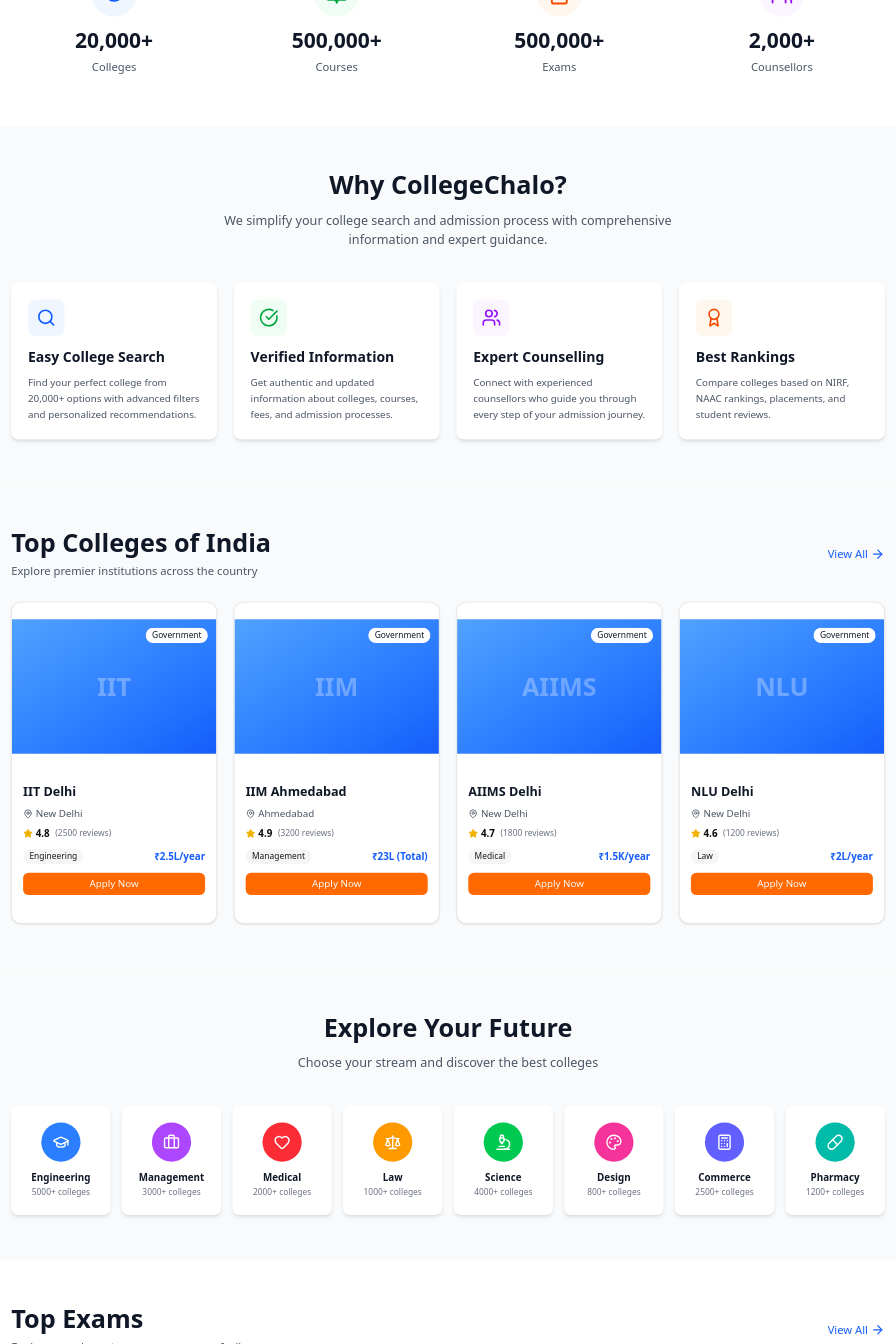
Repository: amirai0396/college
Page: /
These files come from the project's save history. The page is drawn as it stood at one moment and after the next save; the edit follows.
The browser window is 1280 px wide. The pictures show the part of the page from y = 644 to 2564 px (the page is 4020 px tall before and 4666 px after), at 70% of full size.
The page's requests for data from a server got no answer. The project was rebuilt for these pictures with package versions that can differ from the ones it lists, and the page was loaded fresh each time. The framework's server and built-in components were replaced by stand-ins that run in the browser. No one was signed in, and anything a server would have sent is missing. Also part of the build but not shown: next.config.ts.

Above is the page before, as saved 2026-01-13 00:03:47.

### src/app/layout.tsx
import type { Metadata } from "next";
import { Inter } from "next/font/google";
import "./globals.css";
import Header from "@/components/layout/Header";
import Footer from "@/components/layout/Footer";

const inter = Inter({
  subsets: ["latin"],
  variable: "--font-inter",
});

export const metadata: Metadata = {
  title: "CollegeChalo - Find Your Dream College | 20,000+ Colleges",
  description: "Because We Make Your Educational Journey Simple. Discover 20,000+ colleges, 500,000+ courses and exams. Get admission guidance and compare colleges.",
  keywords: ["colleges in India", "engineering colleges", "MBA colleges", "medical colleges", "college admission", "entrance exams"],
};

export default function RootLayout({
  children,
}: Readonly<{
  children: React.ReactNode;
}>) {
  return (
    <html lang="en">
      <body className={`${inter.variable} font-sans antialiased`}>
        <Header />
        <main className="min-h-screen">
          {children}
        </main>
        <Footer />
      </body>
    </html>
  );
}

### src/app/page.tsx
import HeroSection from '@/components/home/HeroSection';
import StatsSection from '@/components/home/StatsSection';
import WhyCollegeChaloSection from '@/components/home/WhyCollegeChaloSection';
import TopCollegesSection from '@/components/home/TopCollegesSection';
import ExploreStreamsSection from '@/components/home/ExploreStreamsSection';
import TopExamsSection from '@/components/home/TopExamsSection';
import TestimonialsSection from '@/components/home/TestimonialsSection';

export default function Home() {
  return (
    <div className="w-full">
      <HeroSection />
      <StatsSection />
      <WhyCollegeChaloSection />
      <TopCollegesSection />
      <ExploreStreamsSection />
      <TopExamsSection />
      <TestimonialsSection />
    </div>
  );
}

### src/components/home/HeroSection.tsx
'use client';

import { Search } from 'lucide-react';
import { Input } from '@/components/ui/input';
import { Button } from '@/components/ui/button';

export default function HeroSection() {
  return (
    <section className="relative bg-linear-to-r from-blue-600 to-blue-800 text-white py-20">
      <div className="container mx-auto px-4">
        <div className="max-w-4xl mx-auto text-center">
          <h1 className="text-4xl md:text-5xl lg:text-6xl font-bold mb-6">
            Find Your Dream College
          </h1>
          <p className="text-xl md:text-2xl mb-8 text-blue-100">
            Because We Make Your Educational Journey Simple
          </p>

          {/* Search Bar */}
          <div className="bg-white rounded-lg shadow-2xl p-2 flex flex-col md:flex-row gap-2">
            <div className="relative flex-1">
              <Search className="absolute left-3 top-1/2 -translate-y-1/2 text-gray-400" size={20} />
              <Input
                type="text"
                placeholder="Search colleges, courses, exams..."
                className="pl-10 border-0 focus-visible:ring-0 focus-visible:ring-offset-0 h-12 text-gray-900"
              />
            </div>
            <Button size="lg" className="bg-orange-500 hover:bg-orange-600 h-12 px-8">
              Search
            </Button>
          </div>

          {/* Quick Links */}
          <div className="mt-8 flex flex-wrap justify-center gap-4 text-sm">
            <span className="text-blue-200">Popular Searches:</span>
            <button className="px-4 py-1 bg-white/10 hover:bg-white/20 rounded-full transition-colors">
              Engineering Colleges
            </button>
            <button className="px-4 py-1 bg-white/10 hover:bg-white/20 rounded-full transition-colors">
              MBA Colleges
            </button>
            <button className="px-4 py-1 bg-white/10 hover:bg-white/20 rounded-full transition-colors">
              Medical Colleges
            </button>
            <button className="px-4 py-1 bg-white/10 hover:bg-white/20 rounded-full transition-colors">
              CAT Exam
            </button>
          </div>
        </div>
      </div>
    </section>
  );
}

### src/components/home/StatsSection.tsx
'use client';

import { GraduationCap, BookOpen, FileText, Users } from 'lucide-react';

export default function StatsSection() {
  const stats = [
    {
      icon: GraduationCap,
      count: '20,000+',
      label: 'Colleges',
      color: 'text-blue-600',
      bgColor: 'bg-blue-50',
    },
    {
      icon: BookOpen,
      count: '500,000+',
      label: 'Courses',
      color: 'text-green-600',
      bgColor: 'bg-green-50',
    },
    {
      icon: FileText,
      count: '500,000+',
      label: 'Exams',
      color: 'text-orange-600',
      bgColor: 'bg-orange-50',
    },
    {
      icon: Users,
      count: '2,000+',
      label: 'Counsellors',
      color: 'text-purple-600',
      bgColor: 'bg-purple-50',
    },
  ];

  return (
    <section className="py-12 bg-white">
      <div className="container mx-auto px-4">
        <div className="grid grid-cols-2 md:grid-cols-4 gap-6">
          {stats.map((stat, index) => {
            const Icon = stat.icon;
            return (
              <div
                key={index}
                className="text-center p-6 rounded-lg hover:shadow-lg transition-shadow"
              >
                <div className={`inline-flex p-4 rounded-full ${stat.bgColor} mb-4`}>
                  <Icon className={stat.color} size={32} />
                </div>
                <h3 className="text-3xl font-bold text-gray-900 mb-2">{stat.count}</h3>
                <p className="text-gray-600">{stat.label}</p>
              </div>
            );
          })}
        </div>
      </div>
    </section>
  );
}

### src/components/home/WhyCollegeChaloSection.tsx
'use client';

import { CheckCircle, Search, Users, Award } from 'lucide-react';

export default function WhyCollegeChaloSection() {
  const features = [
    {
      icon: Search,
      title: 'Easy College Search',
      description: 'Find your perfect college from 20,000+ options with advanced filters and personalized recommendations.',
      color: 'text-blue-600',
      bgColor: 'bg-blue-50',
    },
    {
      icon: CheckCircle,
      title: 'Verified Information',
      description: 'Get authentic and updated information about colleges, courses, fees, and admission processes.',
      color: 'text-green-600',
      bgColor: 'bg-green-50',
    },
    {
      icon: Users,
      title: 'Expert Counselling',
      description: 'Connect with experienced counsellors who guide you through every step of your admission journey.',
      color: 'text-purple-600',
      bgColor: 'bg-purple-50',
    },
    {
      icon: Award,
      title: 'Best Rankings',
      description: 'Compare colleges based on NIRF, NAAC rankings, placements, and student reviews.',
      color: 'text-orange-600',
      bgColor: 'bg-orange-50',
    },
  ];

  return (
    <section className="py-16 bg-gray-50">
      <div className="container mx-auto px-4">
        <div className="text-center mb-12">
          <h2 className="text-3xl md:text-4xl font-bold text-gray-900 mb-4">
            Why CollegeChalo?
          </h2>
          <p className="text-gray-600 text-lg max-w-2xl mx-auto">
            We simplify your college search and admission process with comprehensive information and expert guidance.
          </p>
        </div>

        <div className="grid grid-cols-1 md:grid-cols-2 lg:grid-cols-4 gap-6">
          {features.map((feature, index) => {
            const Icon = feature.icon;
            return (
              <div
                key={index}
                className="bg-white p-6 rounded-lg shadow-md hover:shadow-xl transition-shadow"
              >
                <div className={`inline-flex p-3 rounded-lg ${feature.bgColor} mb-4`}>
                  <Icon className={feature.color} size={28} />
                </div>
                <h3 className="text-xl font-semibold text-gray-900 mb-3">
                  {feature.title}
                </h3>
                <p className="text-gray-600 text-sm leading-relaxed">
                  {feature.description}
                </p>
              </div>
            );
          })}
        </div>
      </div>
    </section>
  );
}

### src/components/home/ExploreStreamsSection.tsx
'use client';

import Link from 'next/link';
import { GraduationCap, Briefcase, Heart, Scale, Microscope, Palette, Calculator, Pill } from 'lucide-react';

export default function ExploreStreamsSection() {
  const streams = [
    { id: 'engineering', name: 'Engineering', icon: GraduationCap, count: '5000+', color: 'bg-blue-500' },
    { id: 'management', name: 'Management', icon: Briefcase, count: '3000+', color: 'bg-purple-500' },
    { id: 'medical', name: 'Medical', icon: Heart, count: '2000+', color: 'bg-red-500' },
    { id: 'law', name: 'Law', icon: Scale, count: '1000+', color: 'bg-amber-500' },
    { id: 'science', name: 'Science', icon: Microscope, count: '4000+', color: 'bg-green-500' },
    { id: 'design', name: 'Design', icon: Palette, count: '800+', color: 'bg-pink-500' },
    { id: 'commerce', name: 'Commerce', icon: Calculator, count: '2500+', color: 'bg-indigo-500' },
    { id: 'pharmacy', name: 'Pharmacy', icon: Pill, count: '1200+', color: 'bg-teal-500' },
  ];

  return (
    <section className="py-16 bg-gray-50">
      <div className="container mx-auto px-4">
        <div className="text-center mb-12">
          <h2 className="text-3xl md:text-4xl font-bold text-gray-900 mb-4">
            Explore Your Future
          </h2>
          <p className="text-gray-600 text-lg">
            Choose your stream and discover the best colleges
          </p>
        </div>

        <div className="grid grid-cols-2 md:grid-cols-4 lg:grid-cols-8 gap-4">
          {streams.map((stream) => {
            const Icon = stream.icon;
            return (
              <Link
                key={stream.id}
                href={`/colleges/stream/${stream.id}`}
                className="group"
              >
                <div className="flex flex-col items-center p-6 bg-white rounded-lg shadow-md hover:shadow-xl transition-all cursor-pointer">
                  <div className={`${stream.color} p-4 rounded-full mb-3 group-hover:scale-110 transition-transform`}>
                    <Icon size={24} className="text-white" />
                  </div>
                  <h3 className="text-sm font-semibold text-gray-900 text-center mb-1">
                    {stream.name}
                  </h3>
                  <p className="text-xs text-gray-500">{stream.count} colleges</p>
                </div>
              </Link>
            );
          })}
        </div>
      </div>
    </section>
  );
}

### src/components/ui/button.tsx
import * as React from "react"
import { Slot } from "@radix-ui/react-slot"
import { cva, type VariantProps } from "class-variance-authority"

import { cn } from "@/lib/utils"

const buttonVariants = cva(
  "inline-flex items-center justify-center gap-2 whitespace-nowrap rounded-md text-sm font-medium transition-all disabled:pointer-events-none disabled:opacity-50 [&_svg]:pointer-events-none [&_svg:not([class*='size-'])]:size-4 shrink-0 [&_svg]:shrink-0 outline-none focus-visible:border-ring focus-visible:ring-ring/50 focus-visible:ring-[3px] aria-invalid:ring-destructive/20 dark:aria-invalid:ring-destructive/40 aria-invalid:border-destructive",
  {
    variants: {
      variant: {
        default: "bg-primary text-primary-foreground hover:bg-primary/90",
        destructive:
          "bg-destructive text-white hover:bg-destructive/90 focus-visible:ring-destructive/20 dark:focus-visible:ring-destructive/40 dark:bg-destructive/60",
        outline:
          "border bg-background shadow-xs hover:bg-accent hover:text-accent-foreground dark:bg-input/30 dark:border-input dark:hover:bg-input/50",
        secondary:
          "bg-secondary text-secondary-foreground hover:bg-secondary/80",
        ghost:
          "hover:bg-accent hover:text-accent-foreground dark:hover:bg-accent/50",
        link: "text-primary underline-offset-4 hover:underline",
      },
      size: {
        default: "h-9 px-4 py-2 has-[>svg]:px-3",
        sm: "h-8 rounded-md gap-1.5 px-3 has-[>svg]:px-2.5",
        lg: "h-10 rounded-md px-6 has-[>svg]:px-4",
        icon: "size-9",
        "icon-sm": "size-8",
        "icon-lg": "size-10",
      },
    },
    defaultVariants: {
      variant: "default",
      size: "default",
    },
  }
)

function Button({
  className,
  variant = "default",
  size = "default",
  asChild = false,
  ...props
}: React.ComponentProps<"button"> &
  VariantProps<typeof buttonVariants> & {
    asChild?: boolean
  }) {
  const Comp = asChild ? Slot : "button"

  return (
    <Comp
      data-slot="button"
      data-variant={variant}
      data-size={size}
      className={cn(buttonVariants({ variant, size, className }))}
      {...props}
    />
  )
}

export { Button, buttonVariants }

### src/components/ui/input.tsx
import * as React from "react"

import { cn } from "@/lib/utils"

function Input({ className, type, ...props }: React.ComponentProps<"input">) {
  return (
    <input
      type={type}
      data-slot="input"
      className={cn(
        "file:text-foreground placeholder:text-muted-foreground selection:bg-primary selection:text-primary-foreground dark:bg-input/30 border-input h-9 w-full min-w-0 rounded-md border bg-transparent px-3 py-1 text-base shadow-xs transition-[color,box-shadow] outline-none file:inline-flex file:h-7 file:border-0 file:bg-transparent file:text-sm file:font-medium disabled:pointer-events-none disabled:cursor-not-allowed disabled:opacity-50 md:text-sm",
        "focus-visible:border-ring focus-visible:ring-ring/50 focus-visible:ring-[3px]",
        "aria-invalid:ring-destructive/20 dark:aria-invalid:ring-destructive/40 aria-invalid:border-destructive",
        className
      )}
      {...props}
    />
  )
}

export { Input }

### src/lib/constants/routes.ts
export const ROUTES = {
  HOME: '/',

  // Colleges
  COLLEGES: '/colleges',
  COLLEGE_DETAIL: (slug: string) => `/colleges/${slug}`,
  COLLEGES_BY_STREAM: (stream: string) => `/colleges/stream/${stream}`,
  COLLEGES_BY_COURSE: (course: string) => `/colleges/course/${course}`,
  COLLEGES_BY_CITY: (city: string) => `/college-in-${city.toLowerCase()}`,
  COLLEGE_COMPARE: '/colleges/compare',

  // Exams
  EXAMS: '/exams',
  EXAM_DETAIL: (slug: string) => `/exam/${slug}`,

  // Courses
  COURSES: '/courses',
  COURSE_DETAIL: (slug: string) => `/course/${slug}`,

  // News
  NEWS: '/news',
  NEWS_DETAIL: (slug: string) => `/news-panel/${slug}`,
  NEWS_BY_CATEGORY: (category: string) => `/news/category/${category}`,

  // Other Pages
  ABOUT: '/about-us',
  CONTACT: '/contact-us',
  APPLY: '/common-application-form',
  REVIEW: '/college-review',
  CAMPUS_AMBASSADOR: '/campus-ambassador',
} as const;

export const API_ENDPOINTS = {
  // Colleges
  COLLEGES: '/colleges',
  COLLEGE_BY_SLUG: (slug: string) => `/colleges/${slug}`,
  TOP_COLLEGES: '/colleges/top',
  COLLEGES_BY_STREAM: (stream: string) => `/colleges/stream/${stream}`,
  COLLEGES_BY_CITY: (city: string) => `/colleges/city/${city}`,

  // Exams
  EXAMS: '/exams',
  EXAM_BY_SLUG: (slug: string) => `/exams/${slug}`,
  TOP_EXAMS: '/exams/top',

  // Courses
  COURSES: '/courses',
  COURSE_BY_SLUG: (slug: string) => `/courses/${slug}`,

  // News
  NEWS: '/news',
  NEWS_BY_SLUG: (slug: string) => `/news/${slug}`,
  NEWS_BY_CATEGORY: (category: string) => `/news/category/${category}`,

  // Search
  SEARCH: '/search',

  // Reviews
  REVIEWS: '/reviews',
  REVIEW_BY_COLLEGE: (collegeId: string) => `/reviews/college/${collegeId}`,

  // Application
  APPLY: '/applications',
} as const;

### src/lib/constants/config.ts
export const SITE_CONFIG = {
  name: 'CollegeChalo',
  description: 'Because We Make Your Educational Journey Simple',
  url: process.env.NEXT_PUBLIC_SITE_URL || 'https://collegechalo.com',
  apiUrl: process.env.NEXT_PUBLIC_API_URL || 'http://localhost:8080/api',
  cdnUrl: process.env.NEXT_PUBLIC_CDN_URL || '',

  contact: {
    email: 'info@collegechalo.com',
    phone: '+91-XXXXXXXXXX',
  },

  social: {
    facebook: 'https://facebook.com/collegechalo',
    twitter: 'https://twitter.com/collegechalo',
    instagram: 'https://instagram.com/collegechalo',
    linkedin: 'https://linkedin.com/company/collegechalo',
    youtube: 'https://youtube.com/@collegechalo',
  },
} as const;

export const STREAMS = [
  { id: 'engineering', name: 'Engineering', icon: '⚙️' },
  { id: 'management', name: 'Management', icon: '💼' },
  { id: 'medical', name: 'Medical', icon: '⚕️' },
  { id: 'law', name: 'Law', icon: '⚖️' },
  { id: 'science', name: 'Science', icon: '🔬' },
  { id: 'arts', name: 'Arts', icon: '🎨' },
  { id: 'commerce', name: 'Commerce', icon: '💰' },
  { id: 'design', name: 'Design', icon: '✏️' },
  { id: 'pharmacy', name: 'Pharmacy', icon: '💊' },
  { id: 'agriculture', name: 'Agriculture', icon: '🌾' },
] as const;

export const TOP_EXAMS = [
  { name: 'CAT', category: 'Management' },
  { name: 'GATE', category: 'Engineering' },
  { name: 'JEE Main', category: 'Engineering' },
  { name: 'JEE Advanced', category: 'Engineering' },
  { name: 'NEET', category: 'Medical' },
  { name: 'CLAT', category: 'Law' },
  { name: 'UPSC', category: 'Civil Services' },
  { name: 'XAT', category: 'Management' },
  { name: 'NMAT', category: 'Management' },
  { name: 'MAT', category: 'Management' },
] as const;

export const STATES = [
  'Andhra Pradesh', 'Arunachal Pradesh', 'Assam', 'Bihar', 'Chhattisgarh',
  'Goa', 'Gujarat', 'Haryana', 'Himachal Pradesh', 'Jharkhand',
  'Karnataka', 'Kerala', 'Madhya Pradesh', 'Maharashtra', 'Manipur',
  'Meghalaya', 'Mizoram', 'Nagaland', 'Odisha', 'Punjab',
  'Rajasthan', 'Sikkim', 'Tamil Nadu', 'Telangana', 'Tripura',
  'Uttar Pradesh', 'Uttarakhand', 'West Bengal',
  'Delhi', 'Jammu and Kashmir', 'Ladakh', 'Puducherry',
] as const;

export const PAGINATION = {
  DEFAULT_PAGE_SIZE: 20,
  MAX_PAGE_SIZE: 100,
} as const;

export const SEO = {
  DEFAULT_TITLE: 'CollegeChalo - Find Your Dream College',
  TITLE_TEMPLATE: '%s | CollegeChalo',
  DEFAULT_DESCRIPTION: 'Discover 20,000+ colleges, 500,000+ courses and exams. Get admission guidance, compare colleges, and make informed decisions about your educational journey.',
  DEFAULT_KEYWORDS: ['colleges in India', 'engineering colleges', 'MBA colleges', 'medical colleges', 'college admission', 'entrance exams', 'career guidance'],
} as const;

### src/components/ui/card.tsx
import * as React from "react"

import { cn } from "@/lib/utils"

function Card({ className, ...props }: React.ComponentProps<"div">) {
  return (
    <div
      data-slot="card"
      className={cn(
        "bg-card text-card-foreground flex flex-col gap-6 rounded-xl border py-6 shadow-sm",
        className
      )}
      {...props}
    />
  )
}

function CardHeader({ className, ...props }: React.ComponentProps<"div">) {
  return (
    <div
      data-slot="card-header"
      className={cn(
        "@container/card-header grid auto-rows-min grid-rows-[auto_auto] items-start gap-2 px-6 has-data-[slot=card-action]:grid-cols-[1fr_auto] [.border-b]:pb-6",
        className
      )}
      {...props}
    />
  )
}

function CardTitle({ className, ...props }: React.ComponentProps<"div">) {
  return (
    <div
      data-slot="card-title"
      className={cn("leading-none font-semibold", className)}
      {...props}
    />
  )
}

function CardDescription({ className, ...props }: React.ComponentProps<"div">) {
  return (
    <div
      data-slot="card-description"
      className={cn("text-muted-foreground text-sm", className)}
      {...props}
    />
  )
}

function CardAction({ className, ...props }: React.ComponentProps<"div">) {
  return (
    <div
      data-slot="card-action"
      className={cn(
        "col-start-2 row-span-2 row-start-1 self-start justify-self-end",
        className
      )}
      {...props}
    />
  )
}

function CardContent({ className, ...props }: React.ComponentProps<"div">) {
  return (
    <div
      data-slot="card-content"
      className={cn("px-6", className)}
      {...props}
    />
  )
}

function CardFooter({ className, ...props }: React.ComponentProps<"div">) {
  return (
    <div
      data-slot="card-footer"
      className={cn("flex items-center px-6 [.border-t]:pt-6", className)}
      {...props}
    />
  )
}

export {
  Card,
  CardHeader,
  CardFooter,
  CardTitle,
  CardAction,
  CardDescription,
  CardContent,
}

### src/components/ui/badge.tsx
import * as React from "react"
import { Slot } from "@radix-ui/react-slot"
import { cva, type VariantProps } from "class-variance-authority"

import { cn } from "@/lib/utils"

const badgeVariants = cva(
  "inline-flex items-center justify-center rounded-full border px-2 py-0.5 text-xs font-medium w-fit whitespace-nowrap shrink-0 [&>svg]:size-3 gap-1 [&>svg]:pointer-events-none focus-visible:border-ring focus-visible:ring-ring/50 focus-visible:ring-[3px] aria-invalid:ring-destructive/20 dark:aria-invalid:ring-destructive/40 aria-invalid:border-destructive transition-[color,box-shadow] overflow-hidden",
  {
    variants: {
      variant: {
        default:
          "border-transparent bg-primary text-primary-foreground [a&]:hover:bg-primary/90",
        secondary:
          "border-transparent bg-secondary text-secondary-foreground [a&]:hover:bg-secondary/90",
        destructive:
          "border-transparent bg-destructive text-white [a&]:hover:bg-destructive/90 focus-visible:ring-destructive/20 dark:focus-visible:ring-destructive/40 dark:bg-destructive/60",
        outline:
          "text-foreground [a&]:hover:bg-accent [a&]:hover:text-accent-foreground",
      },
    },
    defaultVariants: {
      variant: "default",
    },
  }
)

function Badge({
  className,
  variant,
  asChild = false,
  ...props
}: React.ComponentProps<"span"> &
  VariantProps<typeof badgeVariants> & { asChild?: boolean }) {
  const Comp = asChild ? Slot : "span"

  return (
    <Comp
      data-slot="badge"
      className={cn(badgeVariants({ variant }), className)}
      {...props}
    />
  )
}

export { Badge, badgeVariants }

Loaded but not shown: src/app/globals.css (common file); src/lib/utils.ts (common file); src/components/layout/Header.tsx (171 lines, source omitted); src/components/layout/Footer.tsx (150 lines, source omitted); src/components/home/TopCollegesSection.tsx (122 lines, source omitted); src/components/home/NewsSection.tsx (91 lines, source omitted); src/components/home/TopExamsSection.tsx (62 lines, source omitted); src/components/home/TestimonialsSection.tsx (76 lines, source omitted)

After the next save:
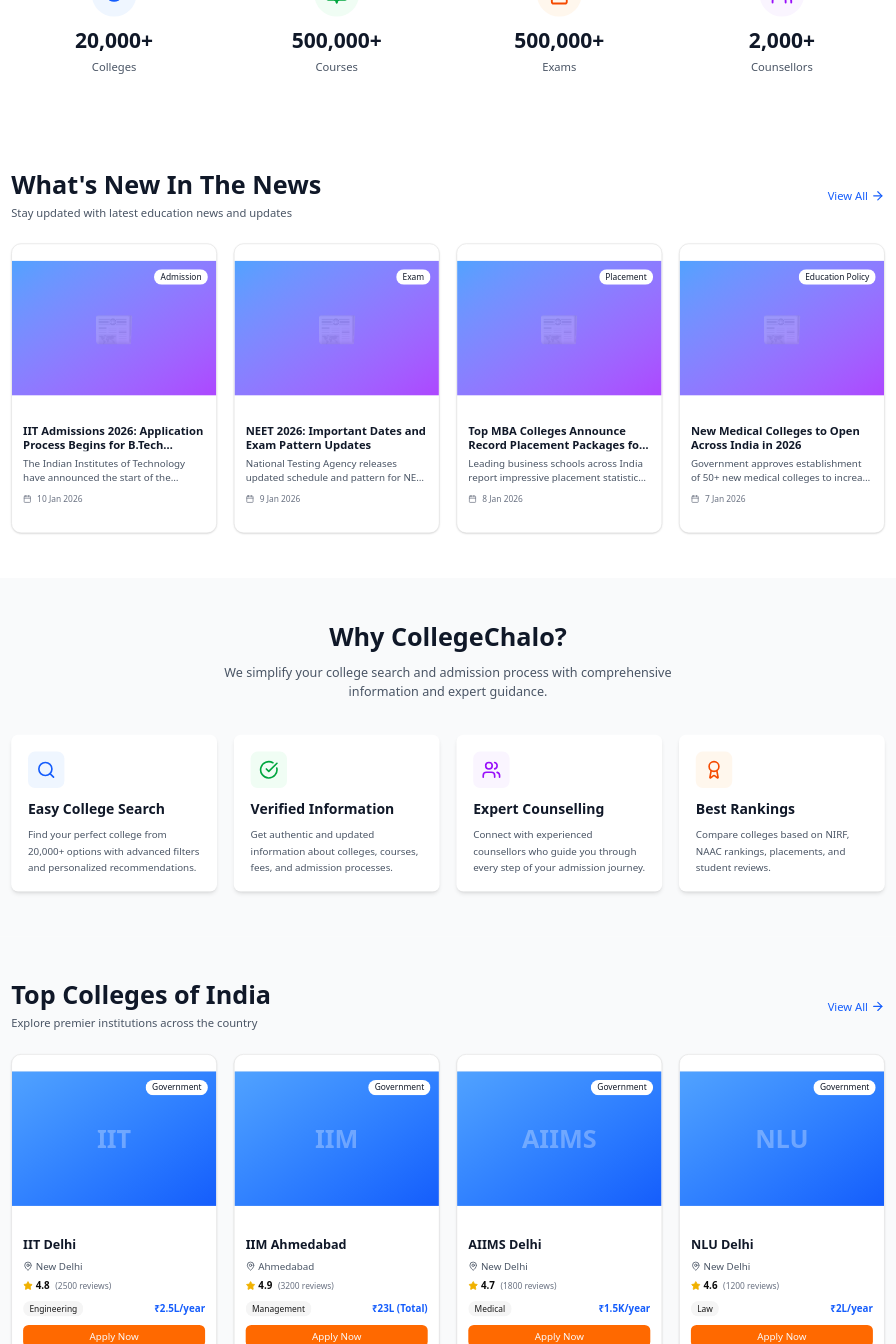
Saved 11 s later.
--- a/src/app/page.tsx
+++ b/src/app/page.tsx
@@ -4,6 +4,7 @@
 import TopCollegesSection from '@/components/home/TopCollegesSection';
 import ExploreStreamsSection from '@/components/home/ExploreStreamsSection';
 import TopExamsSection from '@/components/home/TopExamsSection';
+import NewsSection from '@/components/home/NewsSection';
 import TestimonialsSection from '@/components/home/TestimonialsSection';
 
 export default function Home() {
@@ -11,6 +12,7 @@
     <div className="w-full">
       <HeroSection />
       <StatsSection />
+      <NewsSection />
       <WhyCollegeChaloSection />
       <TopCollegesSection />
       <ExploreStreamsSection />
